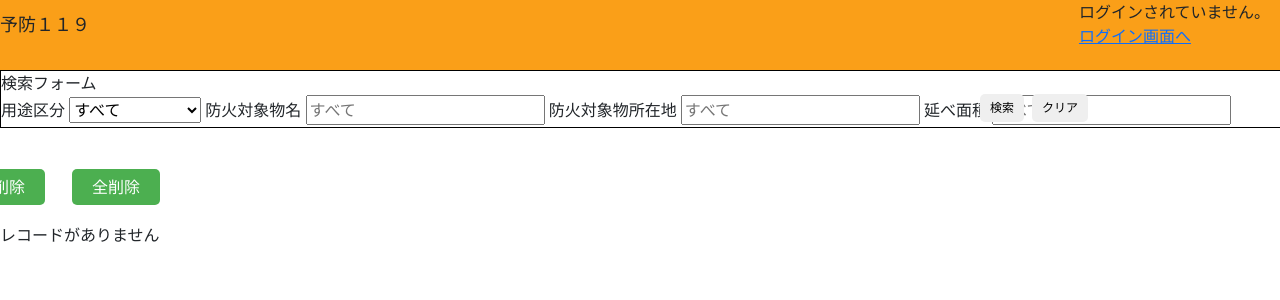
Repository: akarisuki/docker-taishobutu_app
Page: http://localhost/taishobutu_app/taishobutu/taishobutu_index.php
The author's editor kept a copy of each file at every save. The page is drawn from the files as they stood at one save, then again after the next save.
The browser window is 1280 px wide. The pictures show the whole page.
The page is run by PHP 8.4 with error messages shown; the project is at /var/www/html/. Style sheets and scripts are compiled from the project's sources, by tool versions that may differ from the author's. The database holds what the project's SQL file puts in it.

Above is the page before, as saved 2023-12-29 11:20:24.
Console error: ReferenceError: $ is not defined

After the next save:
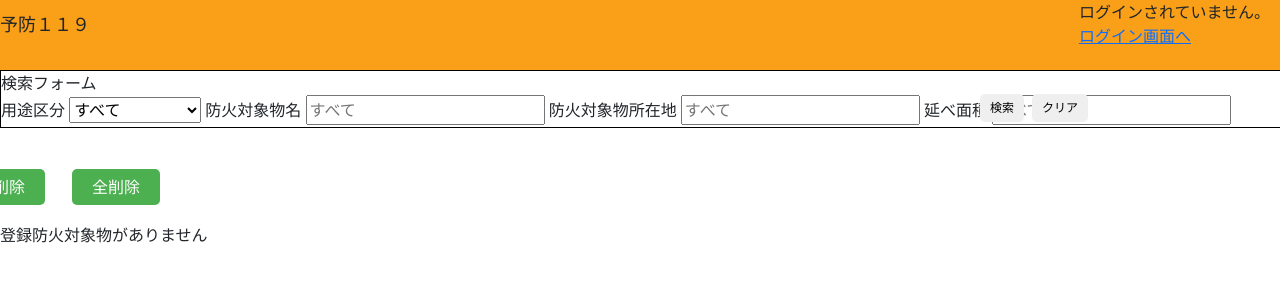
Saved 100 s later.
--- a/src/taishobutu_app/taishobutu/taishobutu_index.php
+++ b/src/taishobutu_app/taishobutu/taishobutu_index.php
@@ -155,7 +155,7 @@ while(true) {
 }
 
 if ($result_count === 0) {
-    echo "<div class='no-lecord'><p>レコードがありません</p></div>";
+    echo "<div class='no-records'><p>登録防火対象物がありません</p></div>";
 } else {
     echo "<table class='excel-style'>";
     echo "<thead>";
